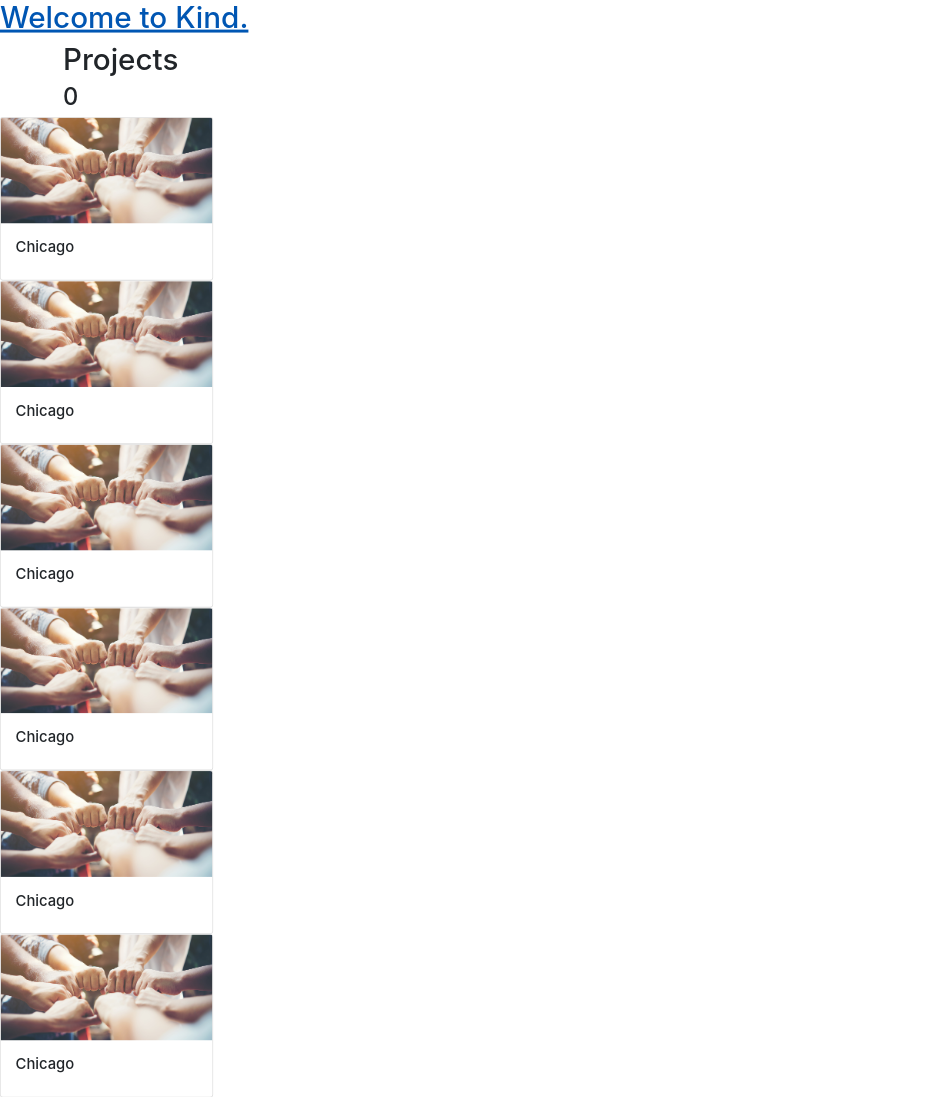
Repository: ruotolbr/KindApp--frontend
Page: / (app in kindappfront/)
These files come from the project's save history. The page is drawn as it stood at one moment and after the next save; the edit follows.
The browser window is 1280 px wide. The pictures show the whole page, at 74% of full size.
The page's requests for data from a server got no answer. The project was rebuilt for these pictures with package versions that can differ from the ones it lists, and the page was loaded fresh each time. No one was signed in, and anything a server would have sent is missing. Also part of the build but not shown: kindappfront/webpack.config.js.

Above is the page before, as saved 2021-03-02 12:50:16.

### kindappfront/src/index.js
import React from 'react';
import ReactDOM from 'react-dom';
import 'bootstrap/dist/css/bootstrap.css';
import './index.css';
import App from './App';
import reportWebVitals from './reportWebVitals';
import { BrowserRouter as Router } from 'react-router-dom';


ReactDOM.render(
  <Router>
    <App />
  </Router>,
  document.getElementById('root')
);

// If you want to start measuring performance in your app, pass a function
// to log results (for example: reportWebVitals(console.log))
// or send to an analytics endpoint. Learn more: https://bit.ly/CRA-vitals
reportWebVitals();

### kindappfront/src/App.js
import React from 'react';
import Landing from './Components/Landing';
import { Route } from 'react-router-dom';
import "bootstrap/dist/css/bootstrap.min.css";

function App() {

  return (
    <>

      <header>
        <h1>
          <a href="/">Welcome to Kind.</a>
        </h1>
      </header>
      <main>
        <Route path="/" exact component={Landing}/>
        {/* <Route path="/details/:id" exact component={OpportunityDetail} /> */}
      </main>
    </>
  );
}

export default App;

### kindappfront/src/Components/Landing.jsx
import React, {useState, useEffect} from 'react'
import OpportunityCard from './OpportunityCard'
import project from '../APIs/project'


const LandingPage = () => {
    const [projectInfo, setProjectInfo] = useState([]);

    const fetchProjects  = async () =>{
        const response = await project.get('/project/')
        setProjectInfo(response.data)
    }

    useEffect(()=>{
        fetchProjects()
    },[])

    return (
        <>
            <div className="ui center aligned container">
                <h1>Projects</h1>
                <h2>{projectInfo.length}</h2>
                {console.log(projectInfo)}
            </div>
            <div className="cards-container">
                <OpportunityCard />
                <OpportunityCard />
                <OpportunityCard />
                <OpportunityCard />
                <OpportunityCard />
                <OpportunityCard />
            </div>
        </>
    )
}

export default LandingPage

### kindappfront/src/Components/OpportunityCard.jsx
import React, { useState, useEffect } from 'react';
import { Link } from 'react-router-dom'
import Card from 'react-bootstrap/esm/Card'
// import Button from 'react-bootstrap/esm/Button'
import Button from 'react-bootstrap/Button';

import placeholder from "../placeholderimg.jpg";
import "bootstrap/dist/css/bootstrap.min.css";


function OpportunityCard(props) {
    const [posts, setPosts] = useState([]);

    useEffect(() => {
    fetch('http://localhost:8000/posts')
    .then((res) => res.json())
    .then((res) => {
      setPosts(res);
    })
    .catch(console.error)
    }, []);

    return (
        <Card style={{ width: "18rem" }} className="adding-margin">
          <Card.Img variant="top" src={placeholder} />
          <Card.Body>
            <Card.Title>Chicago</Card.Title>
            <Card.Text>
              <section className="container">
            {posts.map((post) => {
        return(
            <Link to={`/details/${posts.id}`} key={posts.id}>
             <h3>{posts.title}</h3>
          </Link>
            );
            })}
      </section>
            </Card.Text>
            {/* <Button variant="dark"> Button</Button> */}
          </Card.Body>
        </Card>

    );
}

export default OpportunityCard;

### kindappfront/src/APIs/project.js
import axios from 'axios'


export default axios.create({
    baseURL:'http://localhost:8000/posts/api'
})

Loaded but not shown: kindappfront/public/index.html (common file); kindappfront/src/index.css (common file); kindappfront/src/reportWebVitals.js (common file)

After the next save:
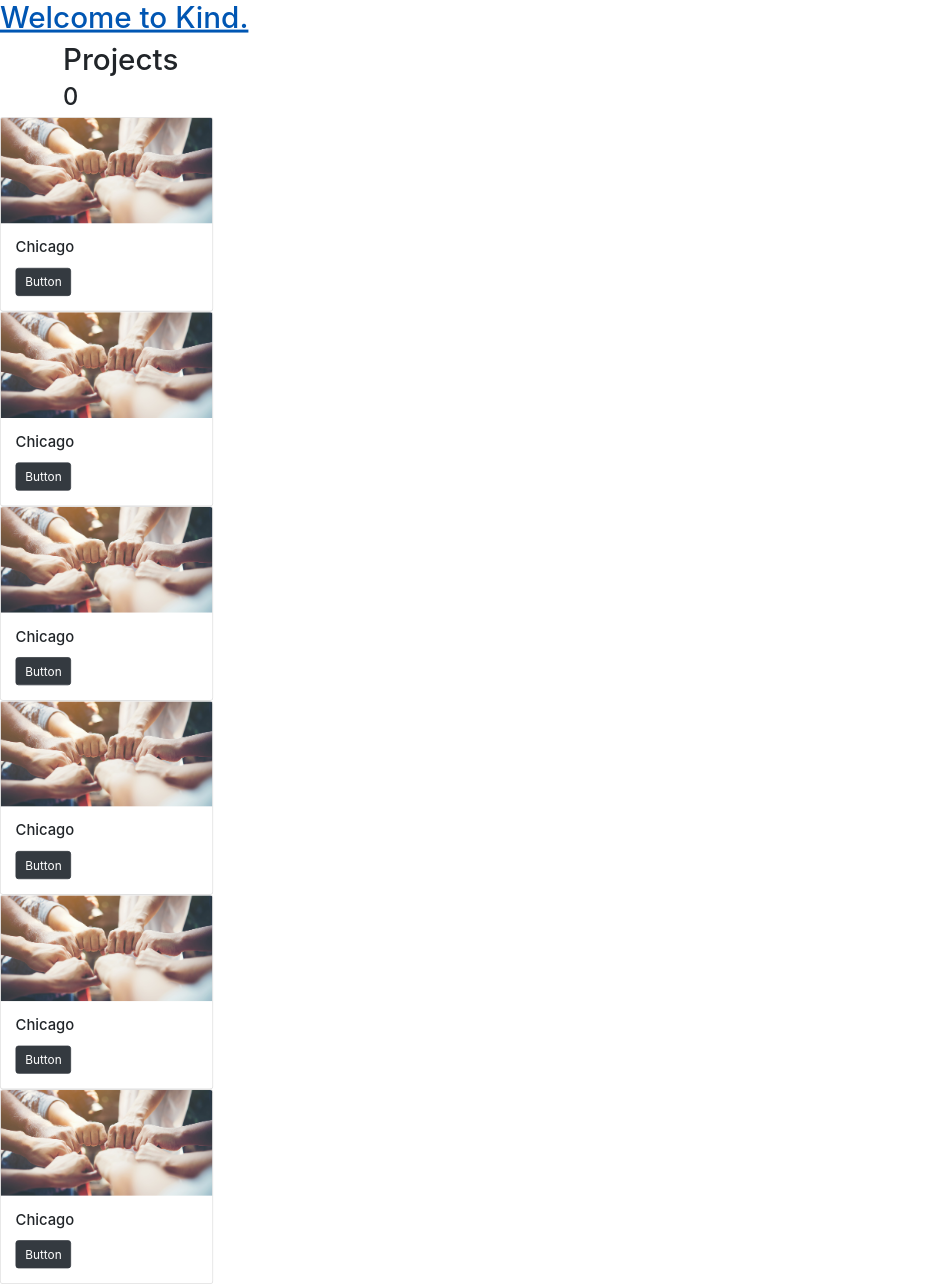
Saved 6 s later.
--- a/kindappfront/src/Components/OpportunityCard.jsx
+++ b/kindappfront/src/Components/OpportunityCard.jsx
@@ -36,7 +36,7 @@ function OpportunityCard(props) {
             })}
       </section>
             </Card.Text>
-            {/* <Button variant="dark"> Button</Button> */}
+            <Button variant="dark"> Button</Button>
           </Card.Body>
         </Card>
 
